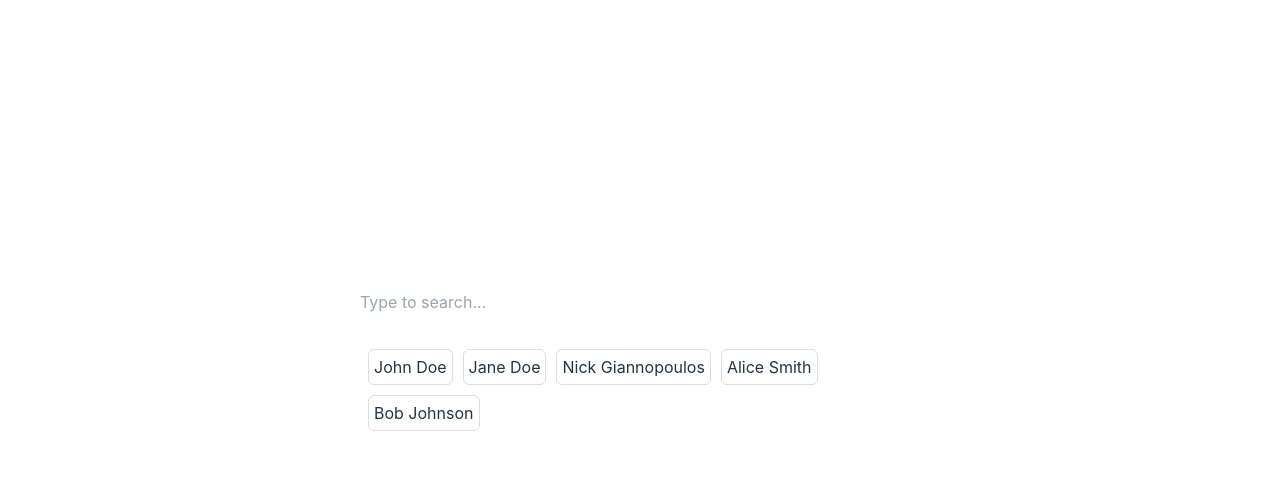
Repository: Ayansaxena24/Chip
Page: /
These files come from the project's save history. The page is drawn as it stood at one moment and after the next save; the edit follows.
The browser window is 1280 px wide. The pictures show the whole page.
Some web libraries are served in a nearby version. The project was rebuilt for these pictures with package versions that can differ from the ones it lists, and the page was loaded fresh each time. Also part of the build but not shown: vite.config.ts, src/ChipInput.css.

Above is the page before, as saved 2024-01-16 03:44:37.

After the next save:
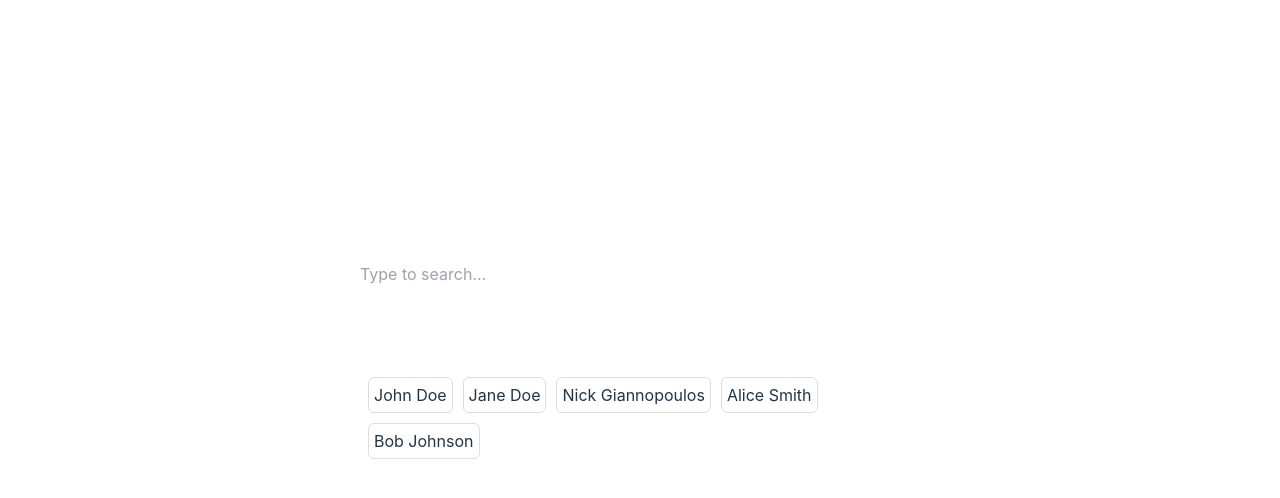
Saved 45 s later.
--- a/src/ChipInput.tsx
+++ b/src/ChipInput.tsx
@@ -92,7 +92,7 @@ const ChipInput: React.FC = () => {
             onChange={handleInputChange}
             onKeyDown={handleInputKeyDown}
             placeholder="Type to search..."
-            className="rounded-md w-[100vh] pl-2 py-4 absolute"
+            className="rounded-md w-[100vh] pl-2 py-4 "
           />
         </div>
         <ul className={`${chips.length !== 5 ? "mt-16 cursor-pointer p-[5px] m-[5px] border-white rounded-md border-[1px] border-solid flex flex-wrap" : ""}`}>
